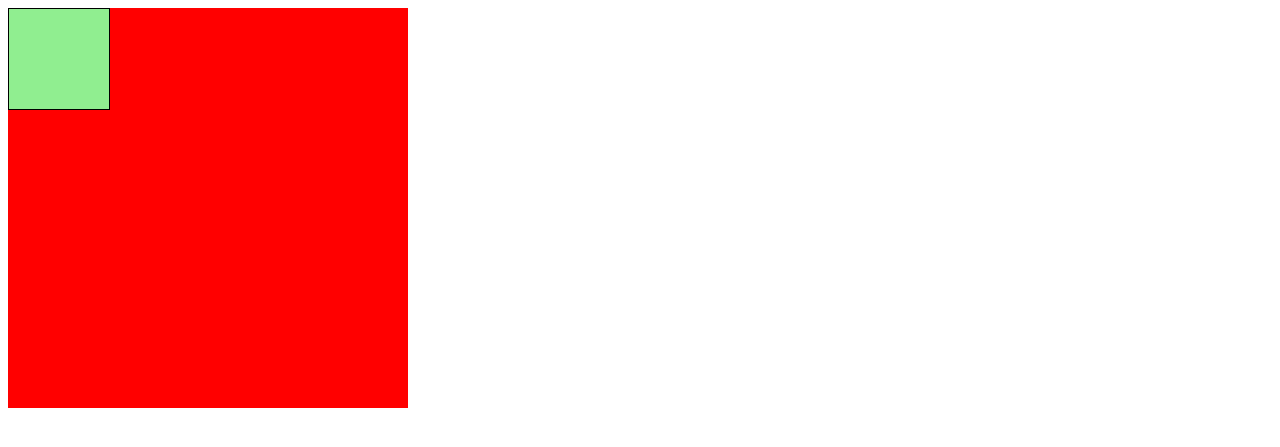
Repository: albinsabu2023/Stopwatch-program
Page: index.html
The author's editor kept a copy of each file at every save. The page is drawn from the files as they stood at one save, then again after the next save.
The browser window is 1280 px wide. The pictures show the whole page.

Above is the page before, as saved 2023-03-03 18:27:58.

### index.html
<!DOCTYPE html>

<head>
    <meta charset="UTF-8">
    <meta http-equiv="X-UA-Compatible" content="IE=edge">
    <meta name="viewport" content="width=device-width, initial-scale=1.0">
    <link rel="stylesheet" href="style.css">
    <title>Document</title>
</head>
    <div id="outerdiv">
        <div id="innerdiv">

        </div>
    </div>

    <script src="index.js"></script>
</body>
</html>

### style.css
#innerdiv{
    background-color: lightgreen;
    height: 100px;
    width: 100px;
    border: 1px solid black;
}
#outerdiv {
    background-color: lightgreen;
    height: 400px;
    width: 400px;

}

### index.js
//event handlers addEventlistner
//---------------------------
const innerdiv = document.getElementById("innerdiv");
const outerdiv = document.getElementById("outerdiv");
innerdiv.addEventListener("click", changeRed);

outerdiv.addEventListener("click", changeRed);
outerdiv.style.backgroundColor = "red";

function changeRed() {
  this.style.backgroundColor = "red";
}

After the next save:
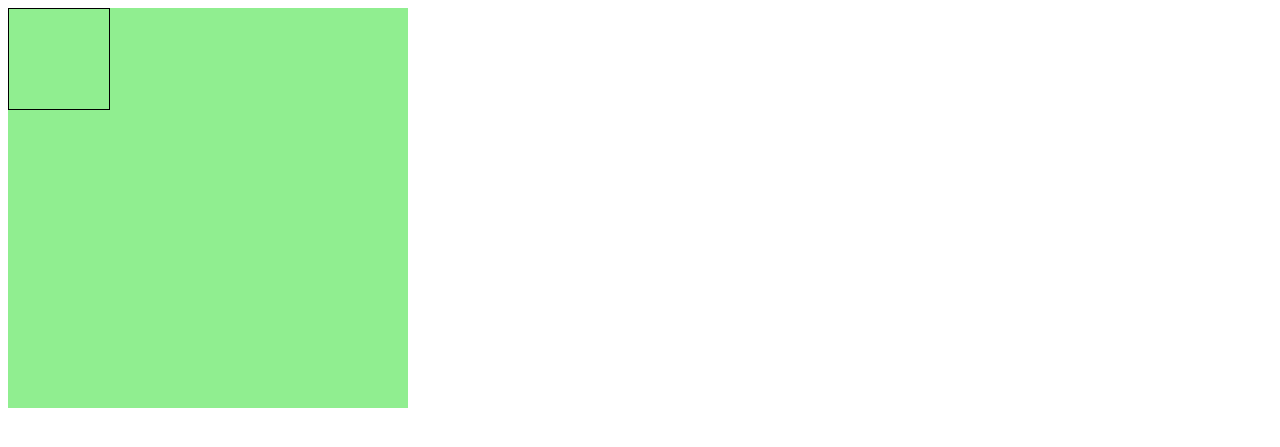
Saved 19 s later.
--- a/index.js
+++ b/index.js
@@ -5,7 +5,6 @@ const outerdiv = document.getElementById("outerdiv");
 innerdiv.addEventListener("click", changeRed);
 
 outerdiv.addEventListener("click", changeRed);
-outerdiv.style.backgroundColor = "red";
 
 function changeRed() {
   this.style.backgroundColor = "red";
